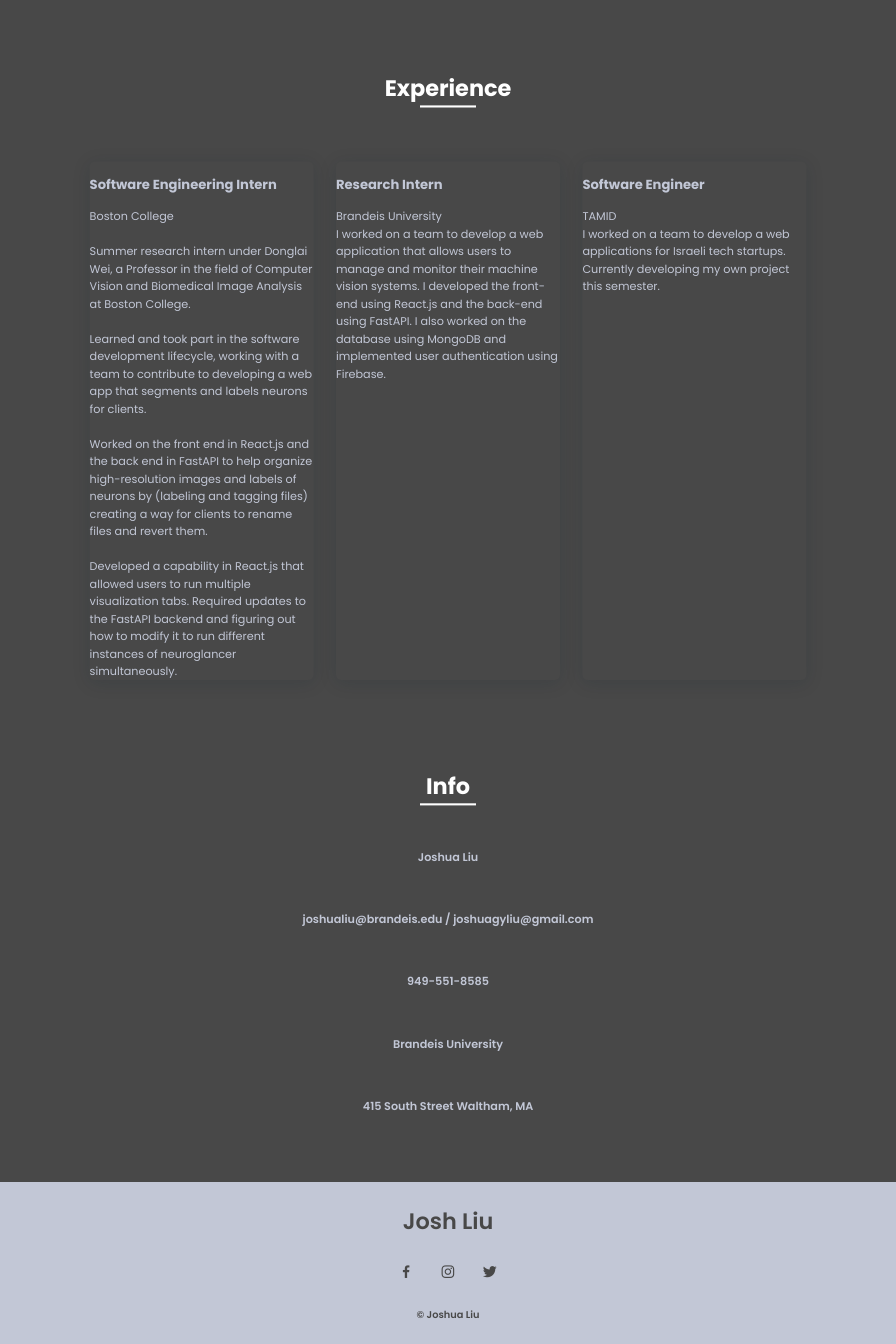
Repository: joshliu14/joshliu14.github.io
Page: index.html
The author's editor kept a copy of each file at every save. The page is drawn from the files as they stood at one save, then again after the next save.
The browser window is 1280 px wide. The pictures show the part of the page from y = 2142 to 4062 px (the page is 4062 px tall before and 3973 px after), at 70% of full size.

Above is the page before, as saved 2024-02-01 00:51:36.

After the next save:
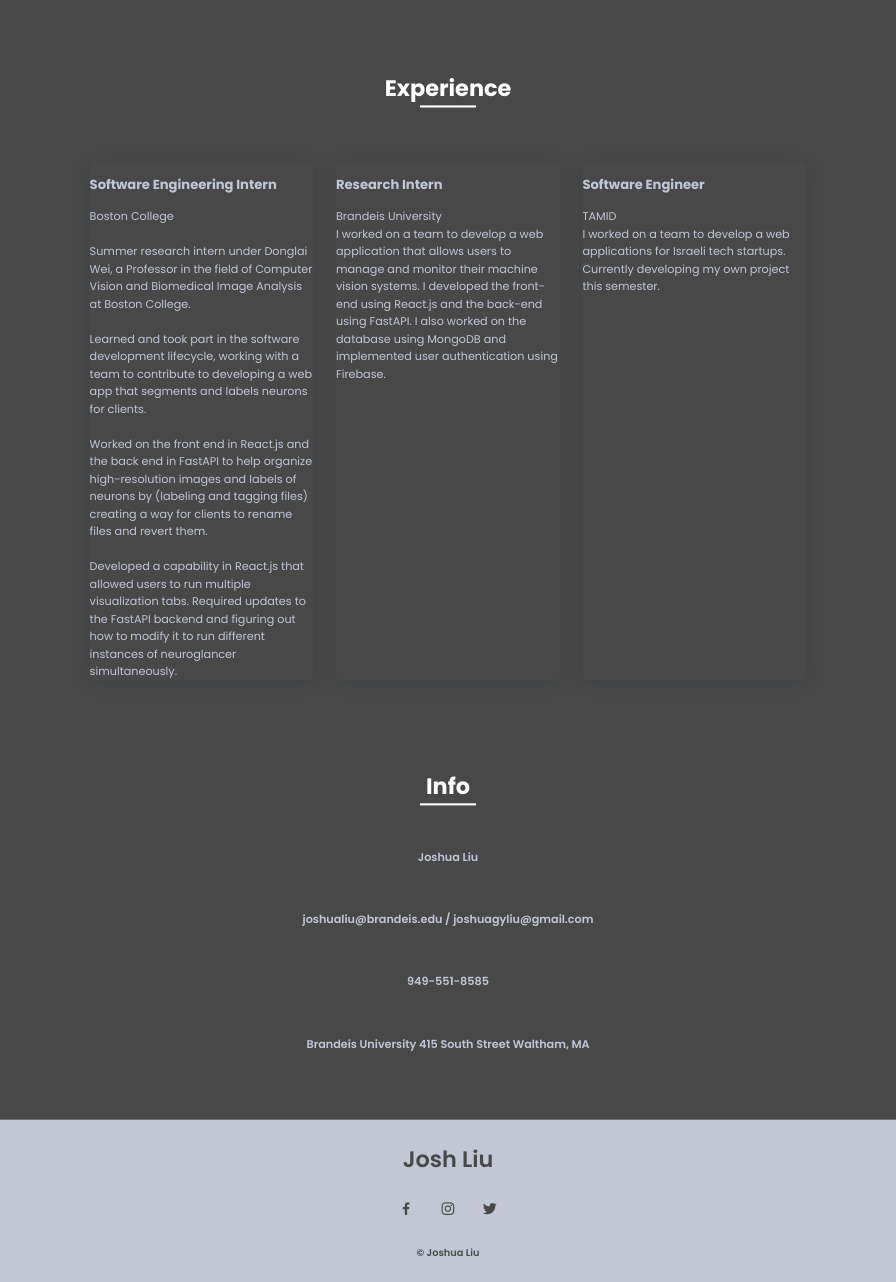
Saved 19 s later.
--- a/index.html
+++ b/index.html
@@ -281,8 +281,7 @@
         <p class="contact__input">Joshua Liu</p>
         <p class="contact__input">joshualiu@brandeis.edu / joshuagyliu@gmail.com</p>
         <p class="contact__input">949-551-8585</p>
-        <p class="contact__input">Brandeis University</p>
-        <p class="contact__input">415 South Street Waltham, MA</p>
+        <p class="contact__input">Brandeis University 415 South Street Waltham, MA</p>
       </section>
     </main>
 

After the save that followed:
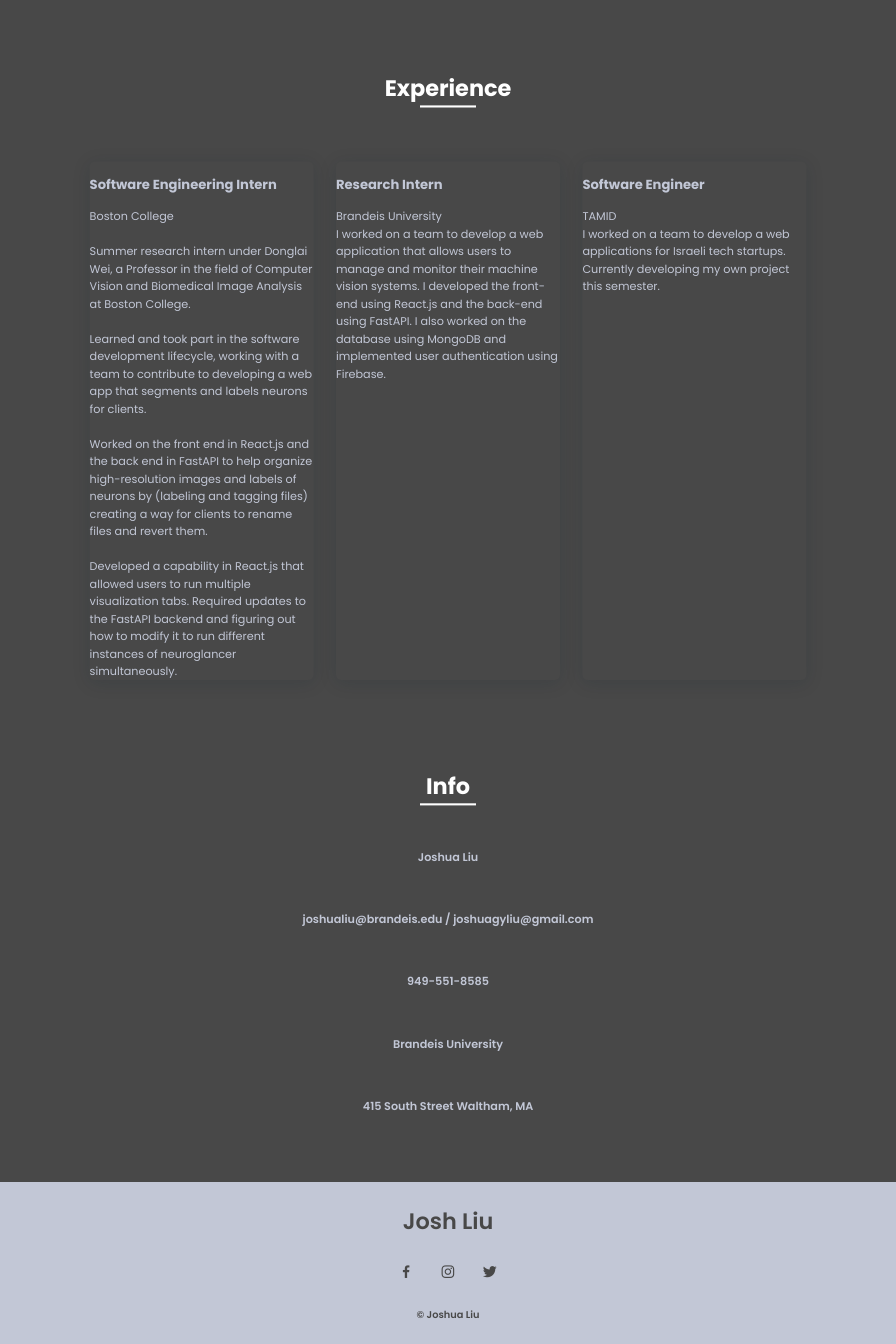
Saved 19 s later.
--- a/index.html
+++ b/index.html
@@ -281,7 +281,8 @@
         <p class="contact__input">Joshua Liu</p>
         <p class="contact__input">joshualiu@brandeis.edu / joshuagyliu@gmail.com</p>
         <p class="contact__input">949-551-8585</p>
-        <p class="contact__input">Brandeis University 415 South Street Waltham, MA</p>
+        <p class="contact__input">Brandeis University</p>
+        <p class="contact__input">415 South Street Waltham, MA</p>
       </section>
     </main>
 
